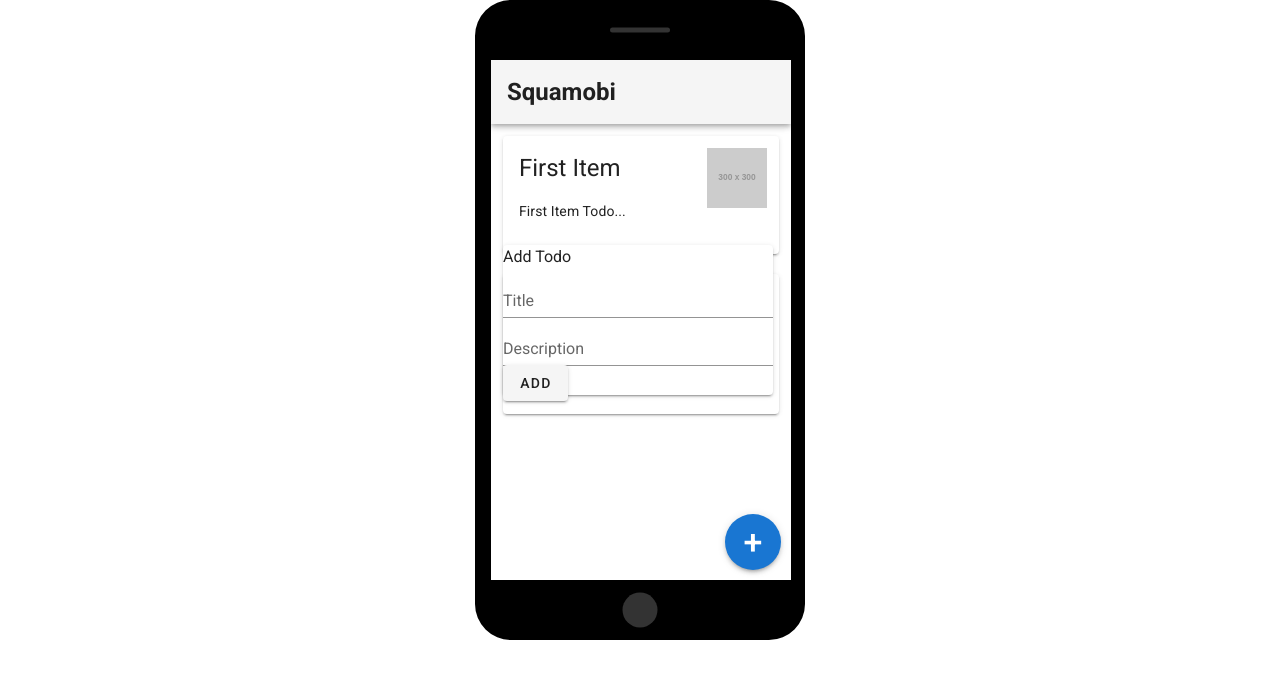
Repository: Keepnox/squamobi-interview
Page: /
The author's editor kept a copy of each file at every save. The page is drawn from the files as they stood at one save, then again after the next save.
The browser window is 1280 px wide. The pictures show the whole page.
The project was rebuilt for these pictures with package versions that can differ from the ones it lists, and the page was loaded fresh each time. Also part of the build but not shown: vue.config.js. Imported but missing from the stored project, and not drawn on this page: src/views/About.vue.

Above is the page before, as saved 2022-01-15 23:45:58.

### src/App.vue
<template>
  <smartphone>
    <v-app>
    <v-main>
        <v-app-bar >
          <h2>Squamobi</h2>
        </v-app-bar>

      <!-- Provides the application the proper gutter -->
      <v-container fluid>

        <!-- If using vue-router -->
        <router-view></router-view>
      </v-container>
    </v-main>

  </v-app>
  </smartphone>

</template>

<script>
import Smartphone from './components/Smartphone.vue';

export default {
  name: 'App',

  components: {
    Smartphone,
  },

  data: () => ({
    //
  }),
};
</script>

### src/components/Smartphone.vue
<template>
  <div class="smartphone">
    <div class="content">
      <slot> </slot>
    </div>
  </div>
</template>

<style scoped>

.smartphone {
  position: relative;
  width: 330px;
  height: 640px;
  margin: auto;
  border: 16px black solid;
  border-top-width: 60px;
  border-bottom-width: 60px;
  border-radius: 36px;
}

/* The horizontal line on the top of the device */
.smartphone:before {
  content: '';
  display: block;
  width: 60px;
  height: 5px;
  position: absolute;
  top: -30px;
  left: 50%;
  transform: translate(-50%, -50%);
  background: #333;
  border-radius: 10px;
}

/* The circle on the bottom of the device */
.smartphone:after {
  content: '';
  display: block;
  width: 35px;
  height: 35px;
  position: absolute;
  left: 50%;
  bottom: -65px;
  transform: translate(-50%, -50%);
  background: #333;
  border-radius: 50%;
}

/* The screen (or content) of the device */
.smartphone .content {
  width: 300px;
  height: 520px;
  background: white;
}

.content > * {
  min-height: 100%;
  height: 100%;
}
</style>

### src/views/Home.vue
<template>
  <div id="listOuter">
    <TodoItem
      v-for="(t, index) in todoData"
      :key="index"
      :title="t.title"
      :desc="t.description"
      :image="t.image"
    ></TodoItem>

    <v-btn
          class="add-button"
          color="primary"
          elevation="3"
          fab
          v-on:click="dialog = !dialog"
        ><span style="font-size:34px;">+</span></v-btn>
        <v-card class="popup" v-if="dialog">
          <div>Add Todo</div>
          <v-text-field
            label="Title"
            hide-details="auto"
          ></v-text-field>
          <v-text-field
            label="Description"
            hide-details="auto"
          ></v-text-field>
          <v-btn>
            Add
          </v-btn>
        </v-card>
  </div>
</template>

<script>

import TodoItem from '@/components/TodoItem.vue'

export default {
  name: 'Home',
  components: {TodoItem},
  data () {
    return {
      todoData: [],
      dialog: true,
    }
  },
  watch: {
    dialog(val) {
      console.log(val)
    }
  },
  mounted () {
    this.todoData = JSON.parse(localStorage.getItem('todo'))
    console.log('selam')
  },
  created() {
    let defaultData = JSON.parse(localStorage.getItem('todo')) || [
        {
          title: "First Item",
          description: 'First Item Todo...',
          image: "https://unsplash.it/640/425?random"
        },
        {
          title: "Todo Item 2",
          description: 'Todo item 3.... lorem ipsum',
          image: "https://unsplash.it/640/425?random"
        }
      ]
    localStorage.setItem('todo', JSON.stringify(defaultData))
  }
}
</script>

<style >
.v-application--wrap {
  height: 100%;
  min-height: 100%;
}
.list-outer {
  position: relative;
  height: 100%;
  width: 100%;
}
.add-button {
  position: absolute;
  right: 10px;
  bottom: 10px;
}
.popup {
  position: absolute;
  height: 150px;
  width: 90%;
  top: 50%;
  transform: translateY(-50%);
}
</style>

### src/components/TodoItem.vue
<template>
    <v-card class="mb-5">
      <div class="d-flex flex-no-wrap justify-space-between">
        <div>
          <v-card-title class="text-h5" v-text="title"></v-card-title>

          <v-card-text > {{desc}} </v-card-text>
          <v-card-actions>
          </v-card-actions>
        </div>

        <v-avatar
          class="ma-3"
          size="60"
          tile
        >
          <v-img src="http://placehold.it/300"></v-img>
        </v-avatar>
      </div>
    </v-card>
</template>
<script>
export default {
  props: ["desc", "title", "image"],
  mounted() {
    console.log(this.items)
  }
}
</script>

Loaded but not shown: public/index.html (common file); src/main.js (common file); src/plugins/vuetify.js (common file); src/router/index.js (common file)

After the next save:
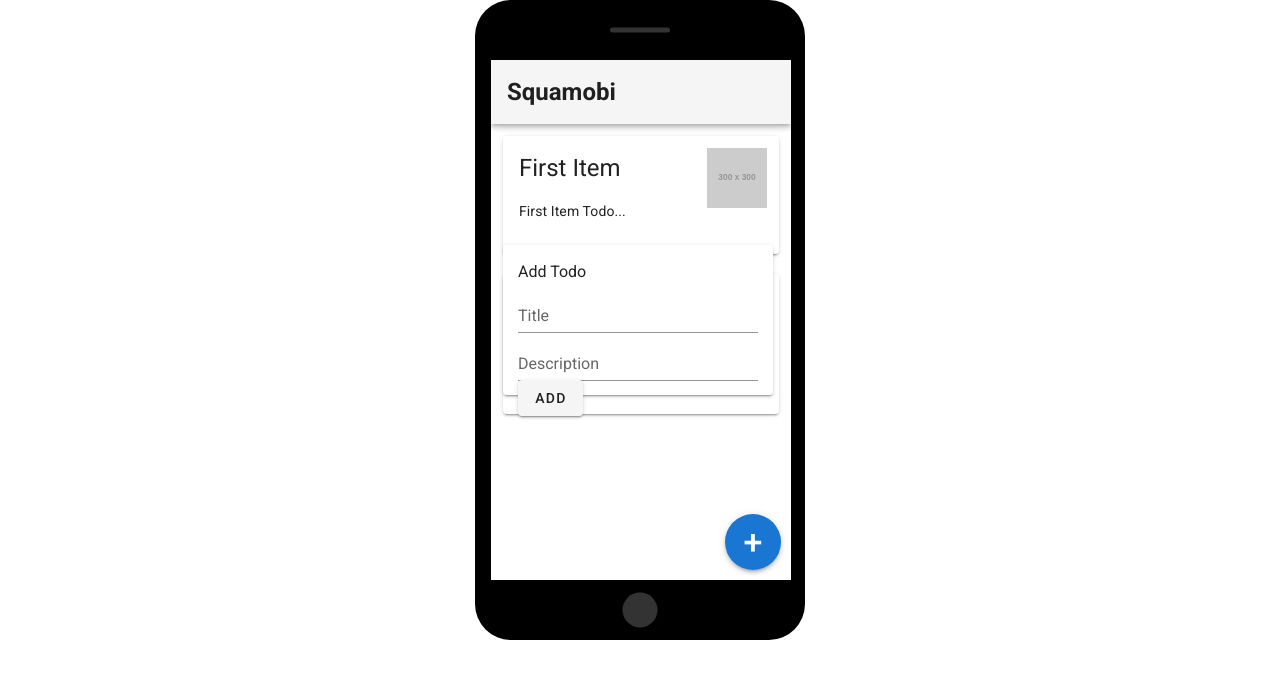
Saved 56 s later.
--- a/src/views/Home.vue
+++ b/src/views/Home.vue
@@ -89,6 +89,7 @@ export default {
 }
 .popup {
   position: absolute;
+  padding: 15px;
   height: 150px;
   width: 90%;
   top: 50%;
